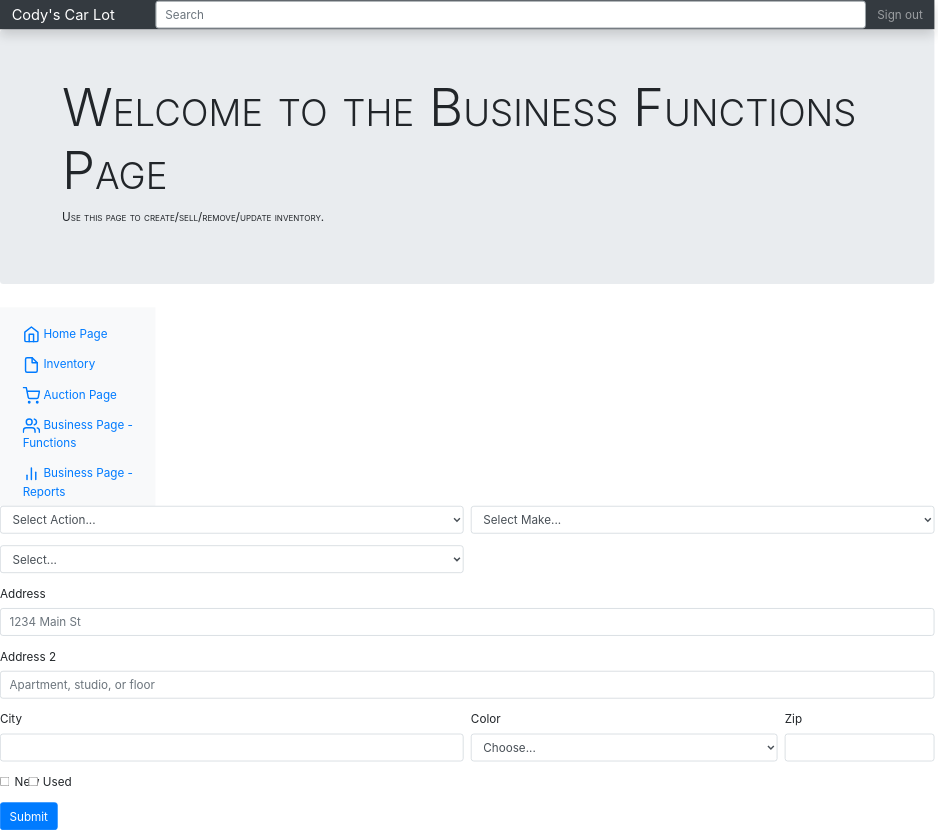
Repository: CodyHogge/CarDealershipProject
Page: http://localhost/CarDealershipProject/booted_functions.jsp
An editor plug-in stored every save of this project. The page is shown before and after the next save, followed by the edit.
The browser window is 1280 px wide. The page is 1285 px wide, so the pictures cover 1285 px, including what lies to the right of the window. The pictures show the whole page, at 73% of full size.
The page is served by Tomcat 9.

Above is the page before, as saved 2020-09-16 16:24:47.

After the next save:
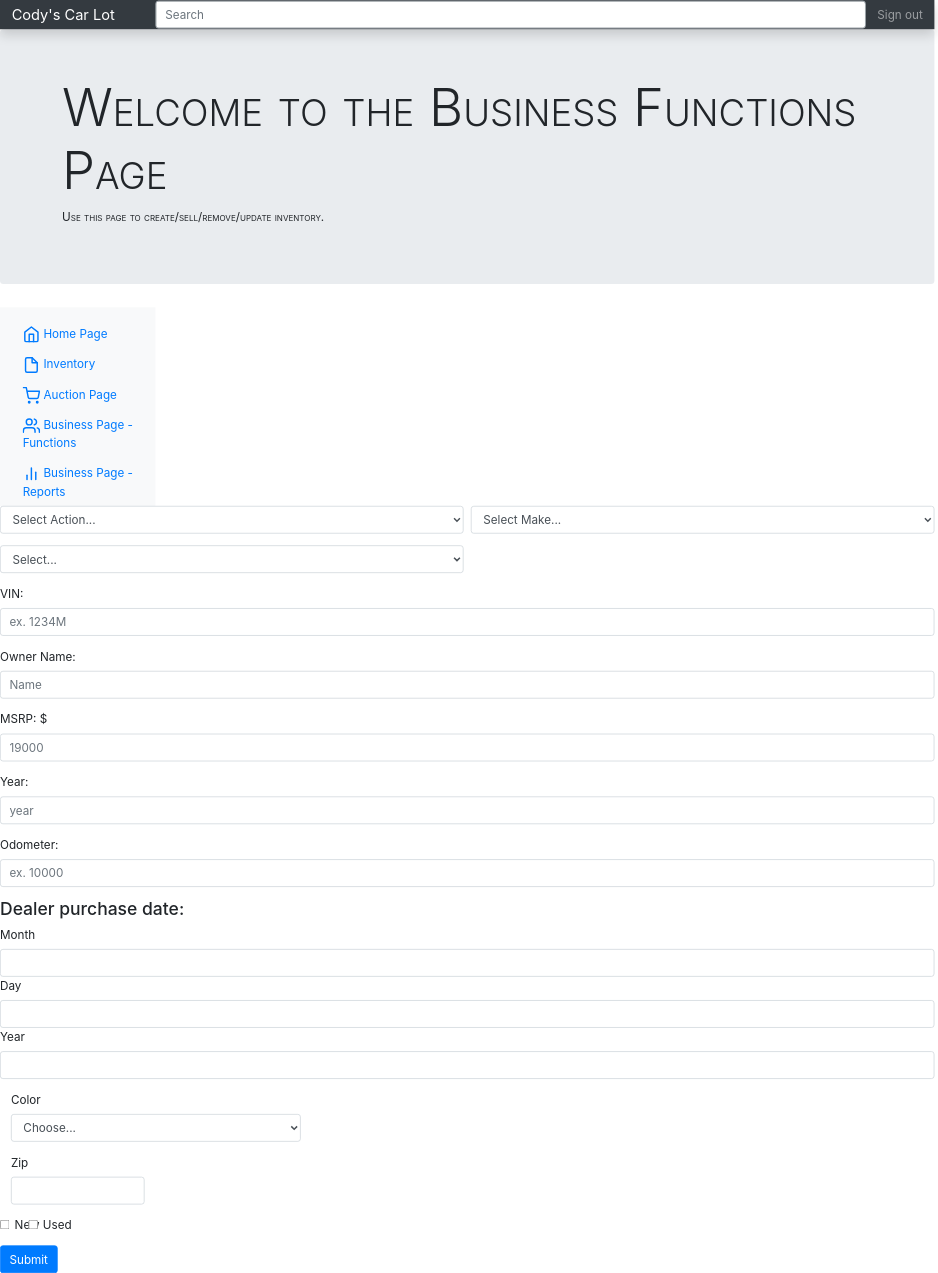
Saved 2 min 15 s later.
--- a/CarDealershipProject/WebContent/booted_functions.jsp
+++ b/CarDealershipProject/WebContent/booted_functions.jsp
@@ -102,18 +102,34 @@
     		</div>
   		</div>
   		<div class="form-group">
-    		<label for="inputAddress">Address</label>
-    		<input type="text" class="form-control" id="inputAddress" placeholder="1234 Main St">
-  		</div>
-  		<div class="form-group">
-    		<label for="inputAddress2">Address 2</label>
-    		<input type="text" class="form-control" id="inputAddress2" placeholder="Apartment, studio, or floor">
-  		</div>
-  		<div class="form-row">
-    		<div class="form-group col-md-6">
-      			<label for="inputCity">City</label>
-      			<input type="text" class="form-control" id="inputCity">
-    		</div>
+			<label for="vin">VIN: </label>
+			<input type="text" class="form-control" name="vin" id="vin" placeholder="ex. 1234M">
+		</div>
+		<div class="form-group">
+			<label for="ownerName">Owner Name: </label>
+			<input type="text" class="form-control" name="ownerName" id="ownerName" placeholder="Name">
+		</div>
+		<div class="form-group">
+			<label for="msrp">MSRP: </label>
+			$<input type="text" class="form-control" name="msrp" id="msrp" placeholder="19000">
+		</div>
+		<div class="form-group">
+			<label for="year">Year: </label>
+			<input type="text" class="form-control" name="year" id="year" placeholder="year">
+		</div>
+		<div class="form-group">
+			<label for="odometer">Odometer: </label>
+			<input type="text" class="form-control" name="odometer" id="odometer" placeholder="ex. 10000">
+		</div>
+		<div class="form-group">
+		<h4>Dealer purchase date:</h4>
+			<label for="dealer-mm">Month</label>
+			<input type="text" class="form-control" name="dealer-mm" id="dealer-mm">
+			<label for="dealer-dd">Day</label>
+			<input type="text" class="form-control" name="dealer-dd" id="dealer-dd">
+			<label for="dealer-yyyy">Year</label>
+			<input type="text" class="form-control" name="dealer-yyyy" id="dealer-yyyy">
+		</div>
     		<div class="form-group col-md-4">
       			<label for="color">Color</label>
       			<select id="color" class="form-control">
